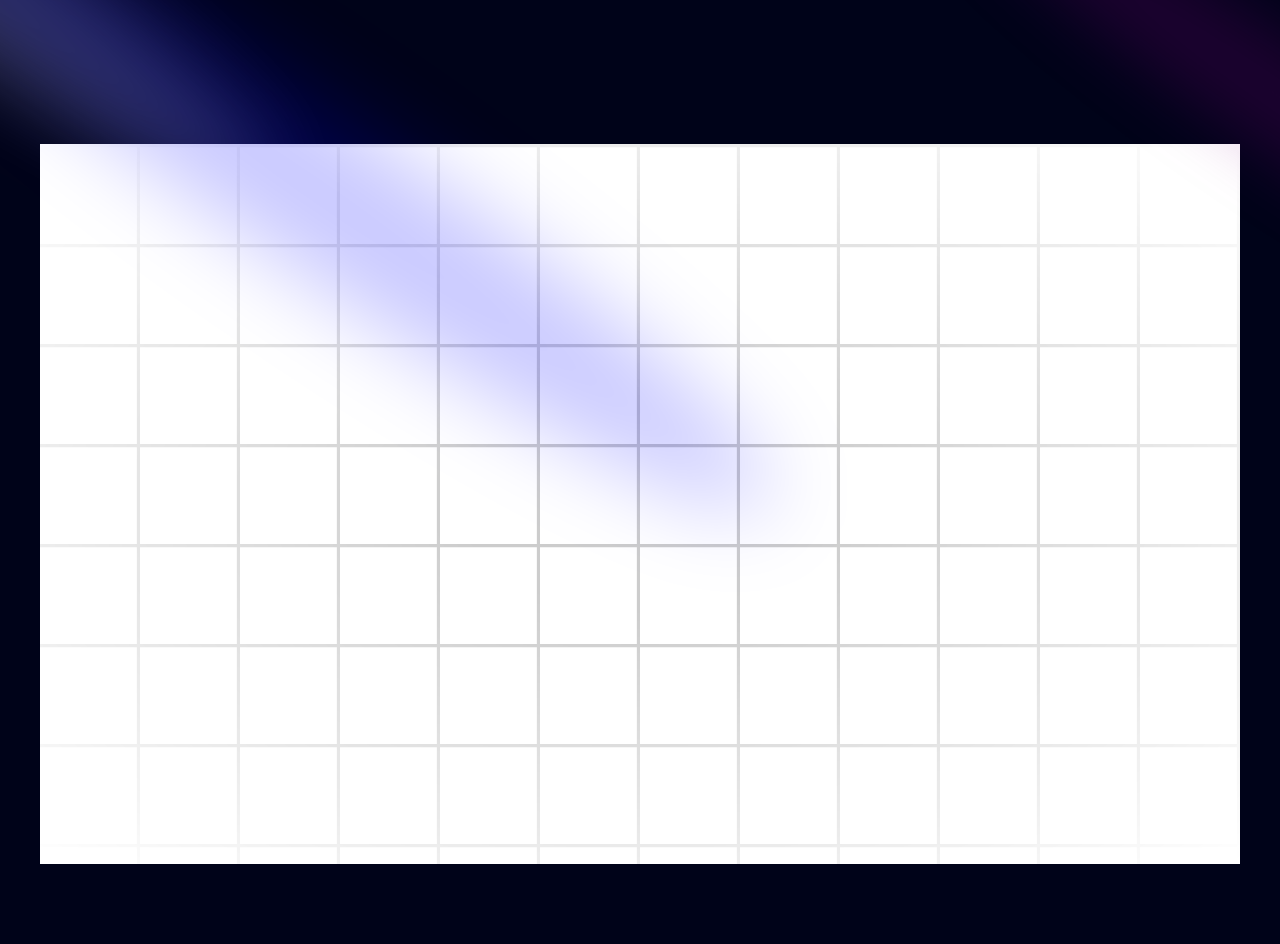
Repository: drsamame/portfolio.next
Page: /
The author's editor kept a copy of each file at every save. The page is drawn from the files as they stood at one save, then again after the next save.
The browser window is 1280 px wide. The pictures show the whole page.
The project was rebuilt for these pictures with package versions that can differ from the ones it lists, and the page was loaded fresh each time. The framework's server and built-in components were replaced by stand-ins that run in the browser. Also part of the build but not shown: next.config.mjs.

Above is the page before, as saved 2024-07-02 15:33:17.

After the next save:
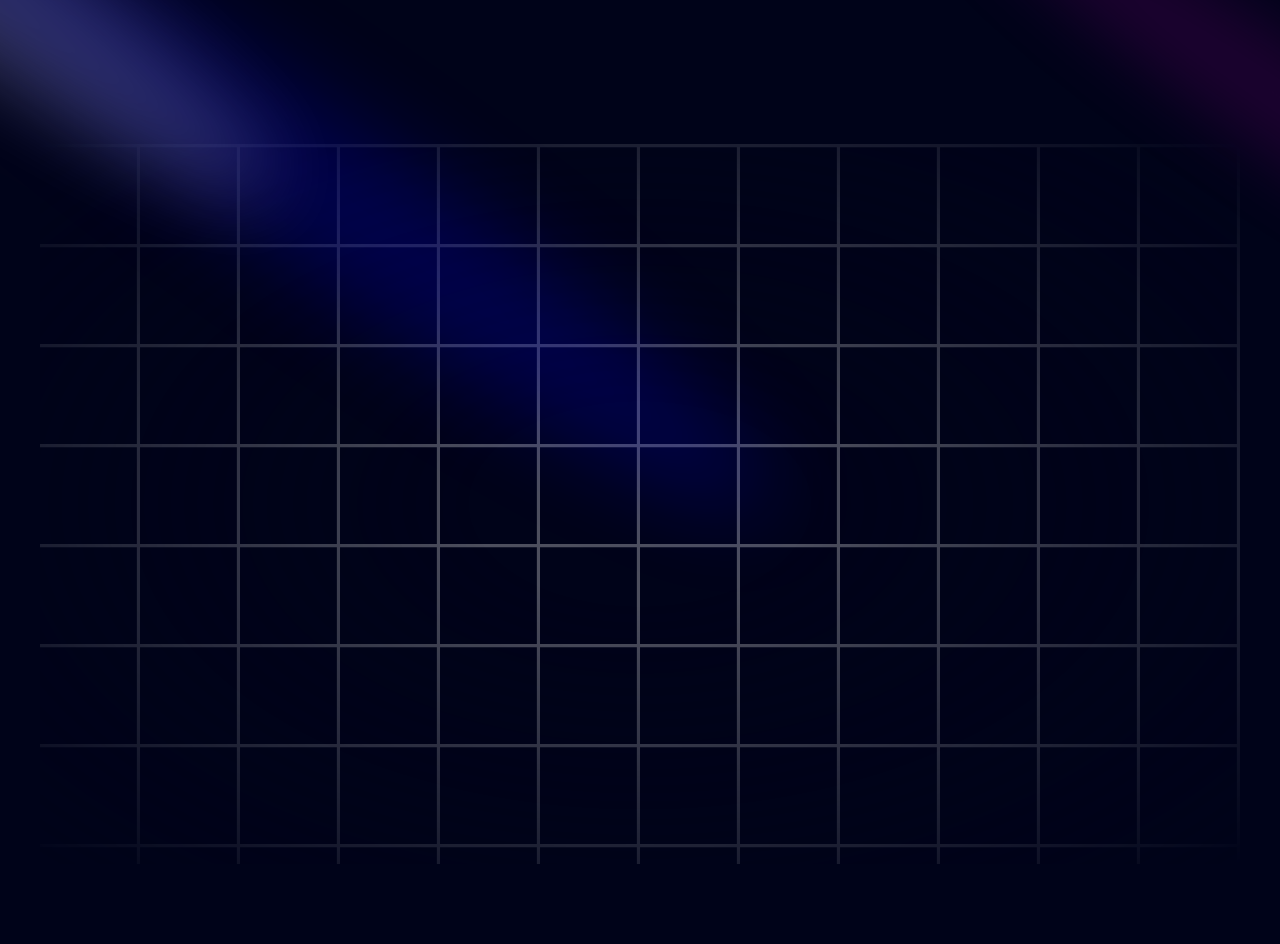
Saved 13 s later.
--- a/app/layout.tsx
+++ b/app/layout.tsx
@@ -20,7 +20,7 @@
 			<body className={inter.className}>
 				<ThemeProvider
 					attribute="class"
-					defaultTheme="system"
+					defaultTheme="dark"
 					enableSystem
 					disableTransitionOnChange
 				>
